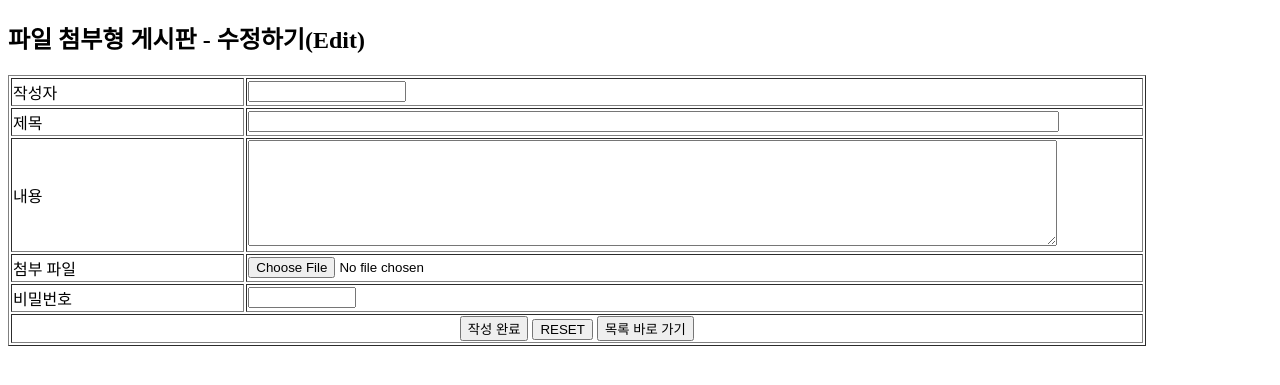
Repository: Suminmer/JSP-practice
Page: http://localhost/MustHaveJSP/14MVCBoard/Edit.jsp
These files come from the project's save history. The page is drawn as it stood at one moment and after the next save; the edit follows.
The browser window is 1280 px wide. The pictures show the whole page.
The page is served by Tomcat 9. Other server files are loaded and not shown. The template is opened directly, without the code that normally fills it, so the values that code supplies are empty.

Above is the page before, as saved 2022-04-29 10:02:25.

### MustHaveJSP/src/main/webapp/14MVCBoard/Edit.jsp
<%@ page language="java" contentType="text/html; charset=UTF-8"
    pageEncoding="UTF-8"%>
<%@ taglib prefix="c" uri="http://java.sun.com/jsp/jstl/core"%>
<!DOCTYPE html>
<html>
<head>
<meta charset="UTF-8">
<title>파일 첨부형 게시판</title>
<script type="text/javascript">
	function validateForm(form) {
		if (form.name.value == "") {
			alert("작성자를 입력하세요!");
			form.name.focus();
			return false;
		}
		if (form.title.value == "") {
			alert("제목을 입력하세요!");
			form.title.focus();
			return false;
		}
		if (form.content.value == "") {
			alert("내용을 입력하세요!");
			form.content.focus();
			return false;
		}
	}
</script>
</head>
<body>
	<h2>파일 첨부형 게시판 - 수정하기(Edit)</h2>
	<form name="writeFrm" method="post" enctype="multipart/form-data" action="../mvcboard/write.do"
			onsubmit="return validateForm(this);">
	<table border="1" width="90%">
		<tr>
			<td>작성자</td>
			<td><input type="text" name="name" style="width: 150px;" value="${dto.name}"/></td>
		</tr>
		<tr>
			<td>제목</td>
			<td><input type="text" name="title" style="width: 90%;" value="${dto.title}"/></td>
		</tr>
		<tr>
			<td>내용</td>
			<td><textarea name="content" style="width: 90%; height: 100px;">${dto.content}</textarea></td>
		</tr>
		<tr>
			<td>첨부 파일</td>
			<td><input type="file" name="ofile"/>
		</tr>
		<tr>
			<td>비밀번호</td>
			<td><input type="password" name="pass" style="width: 100px;"/></td>
		</tr>
		<tr>
			<td colspan="2" align="center">
				<button type="submit">작성 완료</button>
				<button type="reset">RESET</button>
				<button type="button" onclick="location.href='../mvcboard/list.do';">목록 바로 가기</button>
			</td>
		</tr>
	</table>
	</form>
</body>
</html>

After the next save:
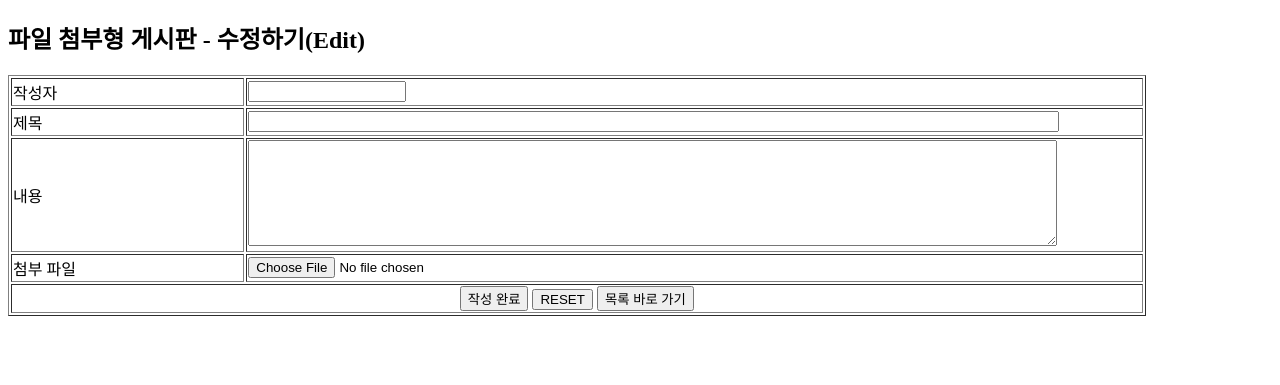
Saved 30 s later.
--- a/MustHaveJSP/src/main/webapp/14MVCBoard/Edit.jsp
+++ b/MustHaveJSP/src/main/webapp/14MVCBoard/Edit.jsp
@@ -48,10 +48,6 @@
 			<td><input type="file" name="ofile"/>
 		</tr>
 		<tr>
-			<td>비밀번호</td>
-			<td><input type="password" name="pass" style="width: 100px;"/></td>
-		</tr>
-		<tr>
 			<td colspan="2" align="center">
 				<button type="submit">작성 완료</button>
 				<button type="reset">RESET</button>
